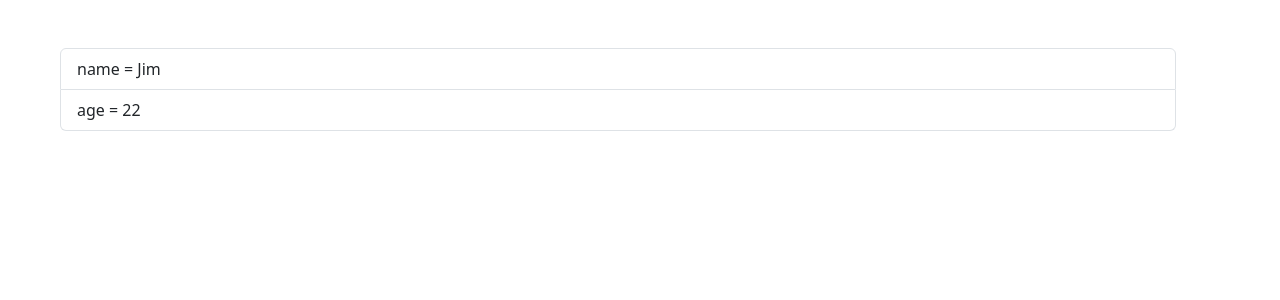
Repository: tomaters/servlets-JSP
Page: http://localhost/jsptest/implicit/appex.jsp
The author's editor kept a copy of each file at every save. The page is drawn from the files as they stood at one save, then again after the next save.
The browser window is 1280 px wide. The pictures show the whole page.
The page is served by Tomcat 10.

Above is the page before, as saved 2023-12-01 02:36:44.

After the next save:
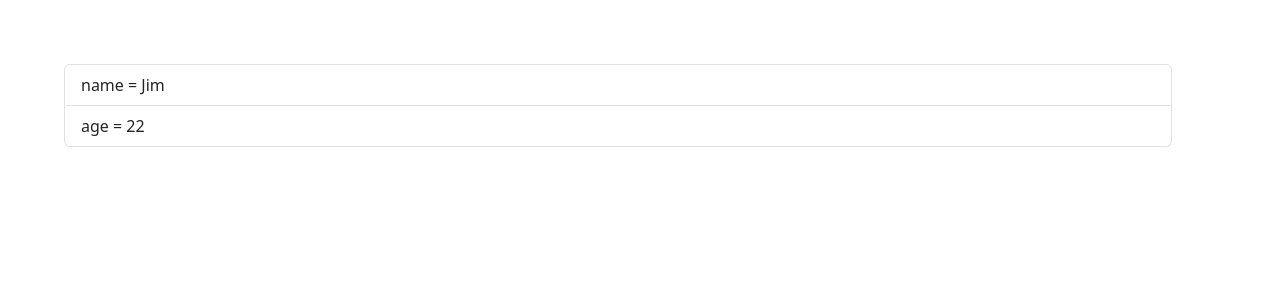
Saved 8 s later.
--- a/jsptest/src/main/webapp/implicit/appex.jsp
+++ b/jsptest/src/main/webapp/implicit/appex.jsp
@@ -17,7 +17,7 @@
 <script src="https://cdn.jsdelivr.net/npm/bootstrap@5.3.2/dist/js/bootstrap.bundle.min.js"></script>
 </head>
 <body>
-<div class="container m-5">
+<div class="container m-5 p-3">
 	<ul class="list-group">
 		<%
 		while(enumerationDataList.hasMoreElements()) {

After the save that followed:
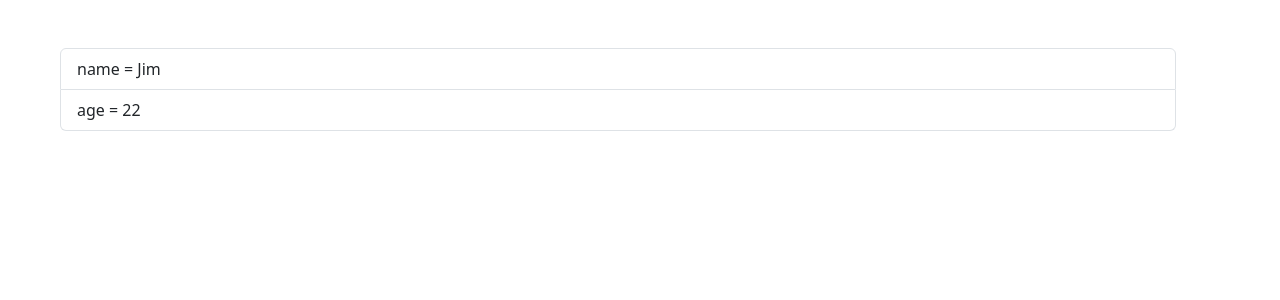
Saved 37 s later.
--- a/jsptest/src/main/webapp/implicit/appex.jsp
+++ b/jsptest/src/main/webapp/implicit/appex.jsp
@@ -17,7 +17,7 @@
 <script src="https://cdn.jsdelivr.net/npm/bootstrap@5.3.2/dist/js/bootstrap.bundle.min.js"></script>
 </head>
 <body>
-<div class="container m-5 p-3">
+<div class="container m-5">
 	<ul class="list-group">
 		<%
 		while(enumerationDataList.hasMoreElements()) {
